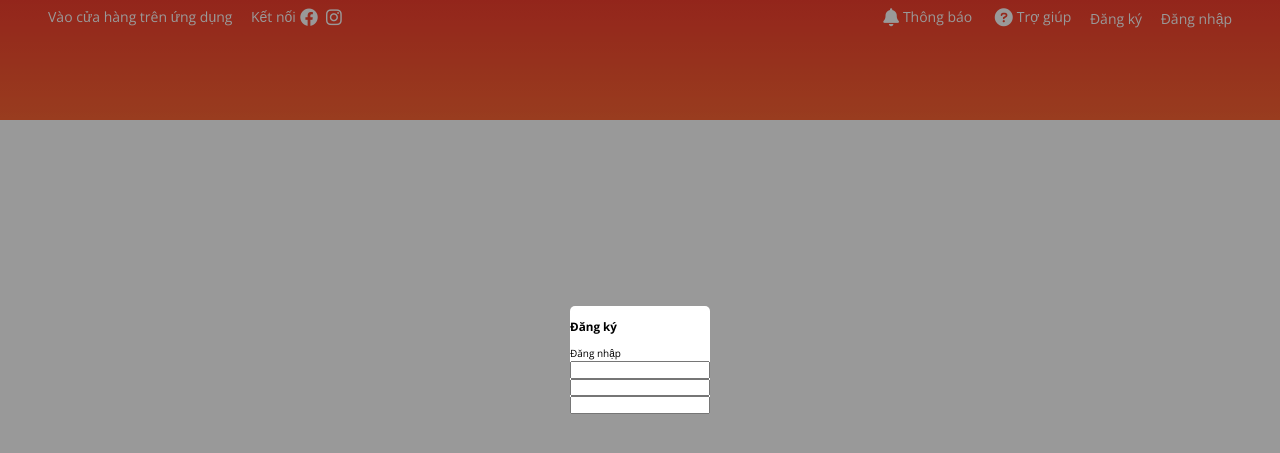
Repository: trongtamdev/Clone-Shopee-Page
Page: index.html
The author's editor kept a copy of each file at every save. The page is drawn from the files as they stood at one save, then again after the next save.
The browser window is 1280 px wide. The pictures show the whole page.

Above is the page before, as saved 2022-07-08 14:50:02.

After the next save:
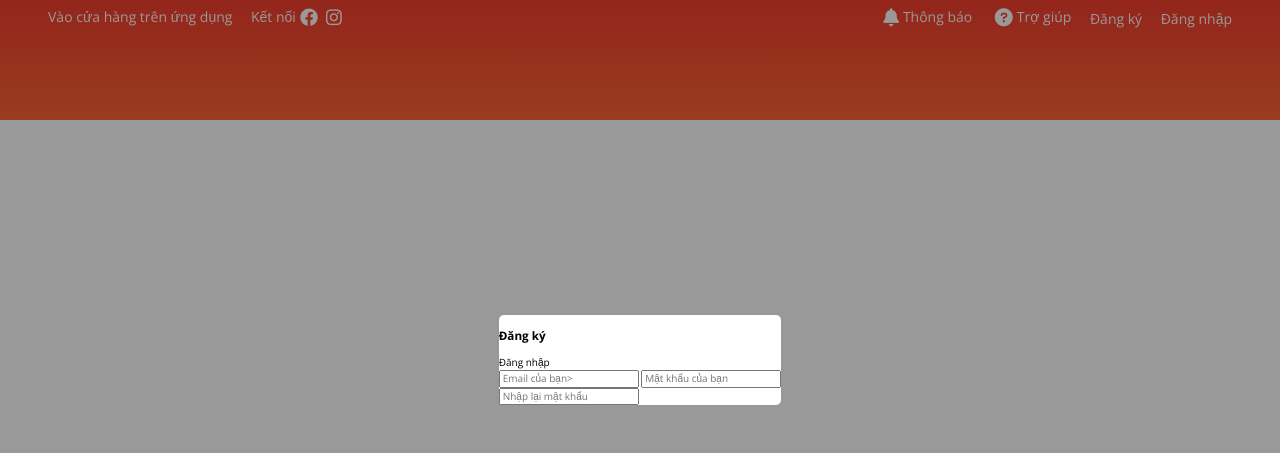
Saved 29 s later.
--- a/index.html
+++ b/index.html
@@ -86,15 +86,15 @@
 
                     <div class="auth-form__form">
                         <div class="auth-form__group">
-                            <input type="text" class="auth-form__input" placeholder=""Email của bạn>
+                            <input type="text" class="auth-form__input" placeholder="Email của bạn>
                         </div>
 
                         <div class="auth-form__group">
-                            <input type="password" class="auth-form__input" placeholder=""Mật khẩu của bạn>
+                            <input type="password" class="auth-form__input" placeholder="Mật khẩu của bạn">
                         </div>
 
                         <div class="auth-form__group">
-                            <input type="password" class="auth-form__input" placeholder=""Nhập lại mật khẩu>
+                            <input type="password" class="auth-form__input" placeholder="Nhập lại mật khẩu">
                         </div>
                     </div>
                 </div>
